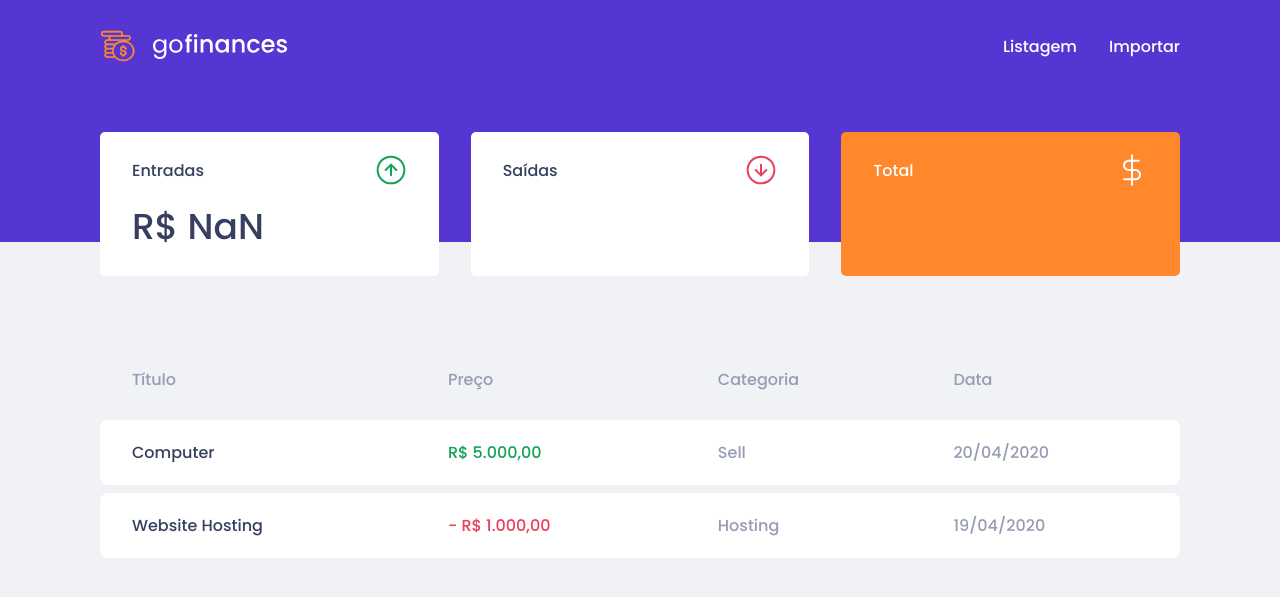
Repository: ramonmjr/desafio-fundamentos-react-transacoes
Page: /
The author's editor kept a copy of each file at every save. The page is drawn from the files as they stood at one save, then again after the next save.
The browser window is 1280 px wide. The pictures show the whole page.
The page's requests for data from a server got no answer. The project was rebuilt for these pictures with package versions that can differ from the ones it lists, and the page was loaded fresh each time. No one was signed in, and anything a server would have sent is missing. Also part of the build but not shown: src/components/FileList/styles.ts, src/components/FileList/index.tsx, src/components/Upload/styles.ts, src/components/Upload/index.tsx, src/pages/Import/styles.ts, src/pages/Import/index.tsx.

Above is the page before, as saved 2020-11-01 15:56:53.

### src/pages/Dashboard/index.tsx
import React, { useState, useEffect } from 'react';

import income from '../../assets/income.svg';
import outcome from '../../assets/outcome.svg';
import total from '../../assets/total.svg';

import api from '../../services/api';

import Header from '../../components/Header';

import formatValue from '../../utils/formatValue';

import { Container, CardContainer, Card, TableContainer } from './styles';

interface Transaction {
  id: string;
  title: string;
  value: number;
  formattedValue: string;
  formattedDate: string;
  type: 'income' | 'outcome';
  category: { title: string };
  created_at: Date;
}

interface Balance {
  income: number;
  outcome: number;
  total: number;
}

const Dashboard: React.FC = () => {
  const [transactions, setTransactions] = useState<Transaction[]>([]);
  const [balance, setBalance] = useState<Balance>({} as Balance);

  useEffect(() => {
    async function loadTransactions(): Promise<void> {
      const response = await api.get('/transactions');

      setTransactions(response.data);
      setBalance(response.data.balance);
    }

    loadTransactions();
  }, []);

  return (
    <>
      <Header />
      <Container>
        <CardContainer>
          <Card>
            <header>
              <p>Entradas</p>
              <img src={income} alt="Income" />
            </header>
            <h1 data-testid="balance-income">{formatValue(balance.income)}</h1>
          </Card>
          <Card>
            <header>
              <p>Saídas</p>
              <img src={outcome} alt="Outcome" />
            </header>
            <h1 data-testid="balance-outcome">{balance.outcome}</h1>
          </Card>
          <Card total>
            <header>
              <p>Total</p>
              <img src={total} alt="Total" />
            </header>
            <h1 data-testid="balance-total">{balance.total}</h1>
          </Card>
        </CardContainer>

        <TableContainer>
          <table>
            <thead>
              <tr>
                <th>Título</th>
                <th>Preço</th>
                <th>Categoria</th>
                <th>Data</th>
              </tr>
            </thead>

            <tbody>
              <tr>
                <td className="title">Computer</td>
                <td className="income">R$ 5.000,00</td>
                <td>Sell</td>
                <td>20/04/2020</td>
              </tr>
              <tr>
                <td className="title">Website Hosting</td>
                <td className="outcome">- R$ 1.000,00</td>
                <td>Hosting</td>
                <td>19/04/2020</td>
              </tr>
            </tbody>
          </table>
        </TableContainer>
      </Container>
    </>
  );
};

export default Dashboard;

Loaded but not shown: public/index.html (common file); src/index.tsx (common file); src/App.tsx (common file); src/routes/index.tsx (common file); src/styles/global.ts (common file); src/services/api.ts (common file); src/components/Header/index.tsx (common file); src/utils/formatValue.ts (common file); src/pages/Dashboard/styles.ts (common file); src/components/Header/styles.ts (common file)

After the next save:
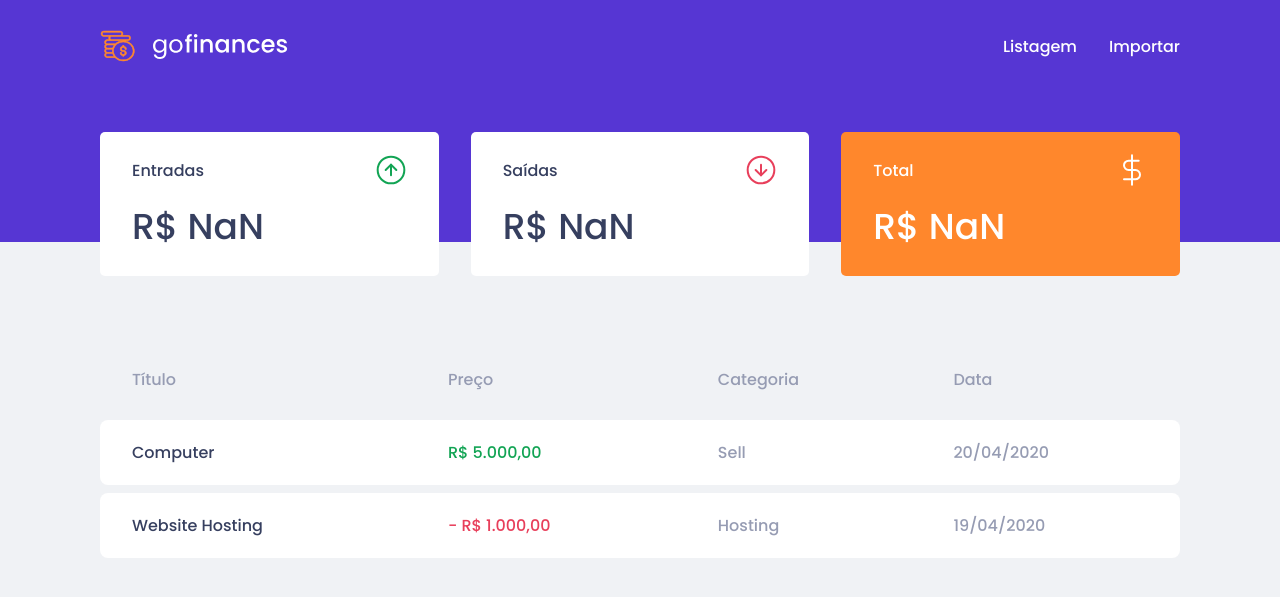
Saved 72 s later.
--- a/src/pages/Dashboard/index.tsx
+++ b/src/pages/Dashboard/index.tsx
@@ -61,14 +61,16 @@ const Dashboard: React.FC = () => {
               <p>Saídas</p>
               <img src={outcome} alt="Outcome" />
             </header>
-            <h1 data-testid="balance-outcome">{balance.outcome}</h1>
+            <h1 data-testid="balance-outcome">
+              {formatValue(balance.outcome)}
+            </h1>
           </Card>
           <Card total>
             <header>
               <p>Total</p>
               <img src={total} alt="Total" />
             </header>
-            <h1 data-testid="balance-total">{balance.total}</h1>
+            <h1 data-testid="balance-total">{formatValue(balance.total)}</h1>
           </Card>
         </CardContainer>
 
